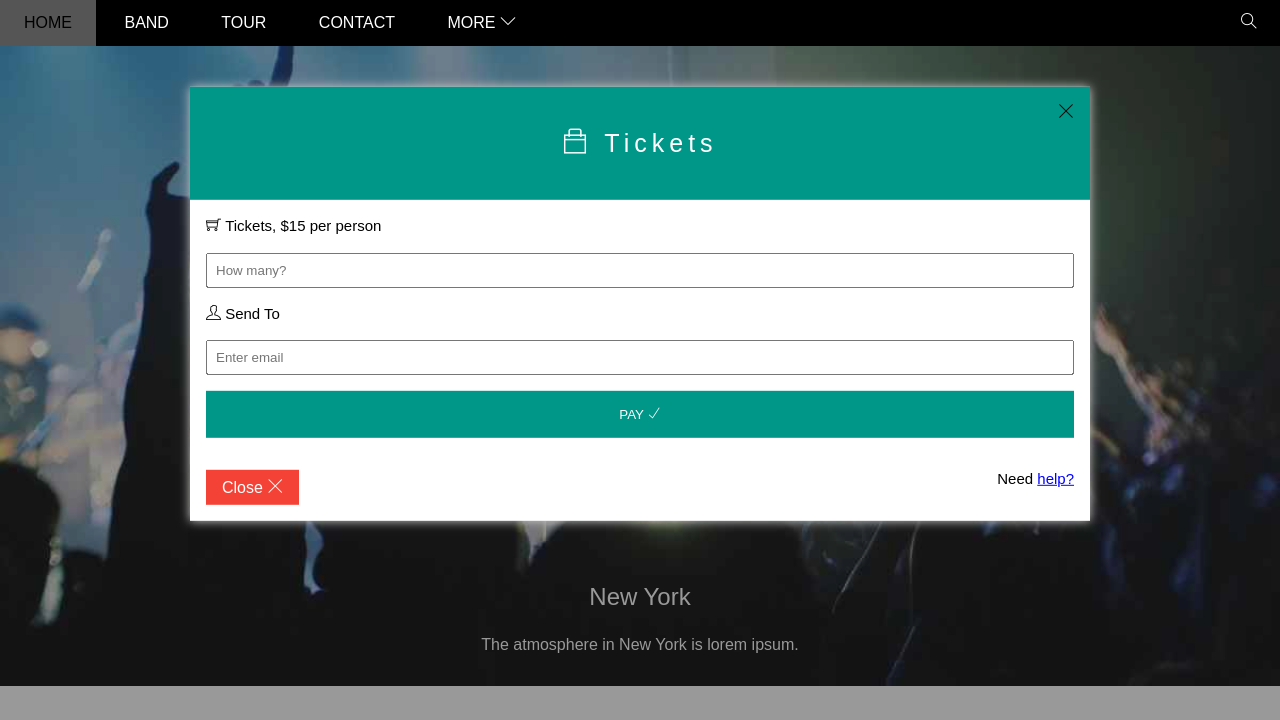
Repository: tung1233hhhhhhhhhhhhh/Website
Page: w3_band/index.html
An editor plug-in stored every save of this project. The page is shown before and after a run of saves, followed by the edit.
The browser window is 1280 px wide. The pictures show the window.
A layer covers the whole window, so only the first screen is drawn.

Above is the page before, as saved 2023-02-18 21:58:42.

### w3_band/index.html
<!DOCTYPE html>
<html lang="en">

<head>
    <meta charset="UTF-8">
    <meta http-equiv="X-UA-Compatible" content="IE=edge">
    <meta name="viewport" content="width=device-width, initial-scale=1.0">
    <title>Document</title>
    <link rel="stylesheet" href="./assets/css/style.css">
    <link rel="stylesheet" href="/w3_band/assets/fonts/themify-icons/themify-icons.css">
    <link rel="stylesheet" href="./modal.js">
</head>

<body>
    <div id="main">
        <div id="header">
            <div id="nav">
                <ul>
                    <li><a href="">Home</a></li>
                    <li><a href="">Band</a></li>
                    <li><a href="">Tour</a></li>
                    <li><a href="">Contact</a></li>
                    <li class="icon">
                        <a href="">
                            More
                            <i class="ti-angle-down"></i>
                        </a>
                        <div class="subnav">
                            <ul>
                                <li><a href="">Merchandise</a></li>
                                <li><a href="">Extras</a></li>
                                <li><a href="">Media</a></li>
                            </ul>
                        </div>
                    </li>
                </ul>
                <div class="icon-search">
                    <i class="ti-search"></i>
                </div>
            </div>
        </div>

        <div id="slider">
            <div class="silder-content">
                <h2 class="silder-heading">New York</h2>
                <p class="silder-discreption">The atmosphere in New York is lorem ipsum.</p>
            </div>
        </div>

        <div id="content">
            <!-- about content -->
            <div class="content-selection">
                <h2 class="text-heading">THE BAND</h2>
                <p class="text-sub-heading">We love music</p>
                <p class="text-content">
                    We have created a fictional band website. Lorem ipsum dolor sit amet, consectetur adipiscing elit,
                    sed do eiusmod tempor incididunt ut labore et dolore magna aliqua. Ut enim ad minim veniam, quis
                    nostrud exercitation ullamco laboris nisi ut aliquip ex ea commodo consequat. Duis aute irure dolor
                    in reprehenderit in voluptate velit esse cillum dolore eu fugiat nulla pariatur. Excepteur sint
                    occaecat cupidatat non proident, sunt in culpa qui officia deserunt mollit anim id est laborum
                    consectetur adipiscing elit, sed do eiusmod tempor incididunt ut labore et dolore magna aliqua. Ut
                    enim ad minim veniam, quis nostrud exercitation ullamco laboris nisi ut aliquip ex ea commodo
                    consequat.
                </p>
                <!-- img -->
                <div class="team-selection">
                    <div class="sub-selection">
                        <p class="text-selection">Team</p>
                        <img src="/w3_band/assets/img/name.jpg" alt="" class="img-selection">
                    </div>

                    <div class="sub-selection">
                        <p class="text-selection">Team</p>
                        <img src="/w3_band/assets/img/name.jpg" alt="" class="img-selection">
                    </div>

                    <div class="sub-selection">
                        <p class="text-selection">Team</p>
                        <img src="/w3_band/assets/img/name.jpg" alt="" class="img-selection">
                    </div>
                </div>
            </div>

            <!-- tour content -->

            <div class="content-tour">
                <div class="tour-body">
                    <div class="content-selection">
                        <h2 class="text-heading">TOUR DATES</h2>
                        <p class="text-sub-heading">Remember to book your tickets!</p>
                    </div>

                    <ul class="tour-text">
                        <li>
                            September
                            <span>Sold out</span>
                        </li>
                        <li>
                            October
                            <span>Sold out</span>
                        </li>
                        <li>
                            November
                            <span class="number">3</span>
                        </li>
                    </ul>

                    <div class="tour-list">
                        <div class="tourimg-selection">
                            <img src="/w3_band/assets/img/anh1.jpg" alt="">
                            <div class="container">
                                <p>
                                    <b>New York</b>
                                </p>
                                <p style="opacity: 0.6;">Fri 27 Nov 2016</p>
                                <p>Praesent tincidunt sed tellus ut rutrum sed vitae justo.</p>
                                <button> Buy Tickets</button>
                            </div>


                        </div>
                        <div class="tourimg-selection">
                            <img src="/w3_band/assets/img/anh2.jpg" alt="">
                            <div class="container">
                                <p>
                                    <b>Paris</b>
                                </p>
                                <p style="opacity: 0.6;">Sat 28 Nov 2016</p>
                                <p>Praesent tincidunt sed tellus ut rutrum sed vitae justo.</p>
                                <button> Buy Tickets</button>
                            </div>
                        </div>
                        <div class="tourimg-selection">
                            <img src="/w3_band/assets/img/anh3.jpg" alt="">
                            <div class="container">
                                <p>
                                    <b>San Francisco</b>
                                </p>
                                <p style="opacity: 0.6;">Sun 29 Nov 2016</p>
                                <p>Praesent tincidunt sed tellus ut rutrum sed vitae justo.</p>
                                <button> Buy Tickets</button>
                            </div>
                        </div>
                    </div>
                </div>
            </div>

            <!-- contact content -->

            <div class="contact-content">
                <div class="content-selection">
                    <h2 class="text-heading">CONTACT</h2>
                    <p class="text-sub-heading">Fan? Drop a note!</p>
                    <div class="contact">
                        <div class="contact-left">
                            <i class="ti-location-pin"></i>
                            Chicago, US
                            <br>
                            <i class="ti-mobile"></i>
                            Phone: +00 151515
                            <br>
                            <i class="ti-email"></i>
                            Email: mail@mail.com
                        </div>
                        <div class="contact-right">
                            <form action="">
                                <div class="account">
                                    <input type="text" placeholder="Name">
                                    <input type="text" placeholder="Email">
                                </div>
                                <input class="mes" type="text" placeholder="Message">
                                <button>SEND</button>
                            </form>
                        </div>
                    </div>
                </div>

            </div>

            <!-- image of location/map -->

            <div class="banner-image">
                <img src="/w3_band/assets/img/map.jpg" alt="">

            </div>


        </div>

        <div id="footer">
            <i class="ti-facebook"></i>
            <i class="ti-instagram"></i>
            <i class="ti-vimeo-alt"></i>
            <i class="ti-pinterest"></i>
            <i class="ti-twitter-alt"></i>
            <i class="ti-linkedin"></i>
            <p>Powered by <a href="">w3.css</a></p>
        </div>
    </div>
    <div class="modal">
        <div class="modal-container">
            <div class="modal-close">
                <i class="ti-close"></i>
            </div>
            <header>
                <i class="ti-bag"></i>
                Tickets

            </header>
            <div class="modal-body">
                <label for="" class="modal-lable">
                    <i class="ti-shopping-cart"></i>
                    Tickets, $15 per person
                </label>
                <input type="text" class="input-lable" placeholder="How many?">
                <label for="" class="modal-lable">
                    <i class="ti-user"></i>
                    Send To
                </label>
                <input type="text" class="input-lable" placeholder="Enter email">
                <button class="modal-button">PAY
                    <i class="ti-check"></i>
                </button>
                <button class="modal_button-close">Close
                    <i class="ti-close"></i>
                </button>
                <p class="modal-needhelp">Need <a href="">help?</a></p>
            </div>

        </div>
    </div>


</body>

</html>

### w3_band/assets/css/style.css
* {
    padding: 0;
    margin: 0;
    box-sizing: border-box;
}

html {
    font-family: Arial, Helvetica, sans-serif;
}

#main {}

#header {
    height: 46px;
    background-color: #000;
    position: fixed;
    top: 0;
    right: 0;
    left: 0;
    z-index: 1;
}

#nav li {
    display: inline-block;
    position: relative;
}

#nav li:hover .subnav {
    display: block;
}

#nav>ul>li:hover>a>i,
#nav .subnav li:hover,
#nav>ul>li:hover>a {
    color: #000;
    background-color: #555;
}

#nav .subnav {
    display: none;
    position: absolute;
    background-color: #FFF;
    box-shadow: 0 0 20px rgba(0, 0, 0, 0.4);
}

#nav .subnav a {
    color: #000;
    padding: 0 12px;
    line-height: 38px;
}

#nav .subnav ul li {
    display: block;
    min-width: 150px;
}

#nav>ul>li>a {
    color: #fff;
    text-transform: uppercase;
}

#nav ul {
    display: inline-block;
}

#nav li a {
    text-decoration: none;
    line-height: 46px;
    padding: 0 24px;
    display: block;
}

#nav i {
    color: #fff;
    width: 20px;
}

#header .icon-search {
    display: block;
    float: right;
    line-height: 46px;
    padding: 0 23px;
}

#header .icon-search:hover {
    cursor: pointer;
    background-color: #f44336;
}

#slider {
    margin-top: 46px;
    padding-top: 50%;
    background: url(/w3_band/assets/img/ny.jpg) top center / cover no-repeat;
    position: relative;
}

.silder-content {
    position: absolute;
    bottom: 0;
    color: #fff;
    padding-bottom: 32px;
    text-align: center;
    width: 100%;
}

.silder-heading {
    font-weight: 500;
}

.silder-discreption {
    margin-top: 25px;
}

#content {}

#content .content-selection {
    padding: 64px 0px;
    margin-left: auto;
    margin-right: auto;
    width: 800px;
}

#content .content-selection .text-heading {
    text-align: center;
    font-size: 30px;
    font-weight: 500;
    letter-spacing: 4px;
}

#content .content-selection .text-sub-heading {
    text-align: center;
    font-size: 15px;
    margin-top: 25px;
    opacity: 0.6;
    font-style: italic;
}

#content .content-selection .text-content {
    font-size: 15px;
    margin-top: 25px;
    text-align: justify;
    line-height: 1.4;
}

#content .content-selection .team-selection {
    padding-top: 47px;
    padding-bottom: 32px;
    justify-items: space-between;
}

#content .team-selection .sub-selection {
    display: inline-block;
    text-align: center;
}

#content .sub-selection p {
    margin: 15px 0;
}



#content .team-selection .img-selection {
    width: 60%;
    border-radius: 4px;
    margin-bottom: 16px;
}

/* tour content  */


#content .content-tour {
    height: 850px;
    background-color: #000;
    color: #fff;
}

#content .content-tour .tour-body {
    width: 800px;
    margin-left: auto;
    margin-right: auto;
}

#content .content-tour .tour-text {
    background-color: #FFF;
    display: block;
    color: #000;
}

#content .tour-text>li {
    height: 22, 5px;
    padding: 8px 16px;
    list-style: none;
}

#content .tour-text>li:first-child {
    border-bottom: 1px solid #999;
}

#content .tour-text>li:last-child {
    border-top: 1px solid #999;
}

#content .tour-text span {
    /* border-radius: 4px; */
    display: inline-block;
    background-color: red;
    padding: 4px;
    margin-left: 4px;
    color: #fff;
}

#content .tour-text .number {
    /* margin-left: 50px; */
    background-color: black;
    float: right;
    border-radius: 50%;
    margin-top: -3px;
}

#content .tour-list {
    padding: 32px 0;
    right: 0;
    left: 0;
    margin: 0 -8px;
    position: relative;
}

#content .tourimg-selection {
    width: 33.33333%;
    float: left;
    padding: 0 8px;
    justify-content: space-between;
}

#content .tourimg-selection .container {
    /* text-align: center; */
    background-color: #fff;
    color: #000;
    height: 204px;
    padding-left: 16px;
    font-size: 15px;
    line-height: 1.5;
    margin-top: -4px;
    margin-bottom: 15px;
}



#content .tourimg-selection .container>p {
    padding-top: 15px;
}

#content .tourimg-selection .container button {
    color: #fff;
    background-color: #000;
    margin-top: 15px;
    text-align: center;
    cursor: pointer;
    white-space: nowrap;
    border: none;
    display: inline-block;
    padding: 8px 16px;
    vertical-align: middle;
    overflow: hidden;
    text-decoration: none;
}

#content .container button:hover {
    background-color: #ccc;
    color: #000;
}

#content .tourimg-selection img {
    width: 100%;
    background-image: cover;
}

/* contact content */


#content .contact-content {
    padding: 45px 0;
}

#content .contact {
    padding-top: 47px;
    padding-bottom: 32px;
}

#content .contact .contact-left {
    width: 49%;
    display: inline-block;
    font-size: 18px;
}

#content .contact .contact-left i {
    display: inline-block;
    font-size: inherit;
    width: 30px;
    line-height: 1.5;
}

#content .contact .contact-right {
    width: 49%;
    /* display: inline-block; */
    float: right;
}


.contact .contact-right form {
    width: 400px;
    position: relative;
    display: inline-block
}

.contact .contact-right form .account {
    margin-bottom: 10px;
}

.contact .contact-right .account input {
    padding: 8px;
    margin-right: 16px;
}

.contact .contact-right form .mes {
    width: 95.7%;
    padding: 8px;
}

.contact .contact-right form button {
    /* position: absolute; */
    margin: 16px 0;
    padding: 8px 16px;
    margin-left: 309px;
    background-color: black;
    color: #fff;
}

.contact .contact-right form button:hover {
    cursor: pointer;
    background-color: #ccc;
    color: black;
    border: none;
}

/* image of location/map */

.banner-image img {
    width: 100%;
    filter: grayscale(50%);
}

#content {}


#footer {
    padding: 64px 16px;
    text-align: center;
    justify-content: center;
    opacity: 0.6;
}

#footer p {
    margin: 30px 0;
    display: block;
    font-size: 15px;
}

#footer i {
    font-size: 25px;

    display: inline-block;
    text-rendering: auto;
}


.modal {
    position: fixed;
    top: 0;
    left: 0;
    right: 0;
    bottom: 0;

    background-color: rgba(0, 0, 0, 0.4);
}

.modal .modal-container {
    width: 900px;
    /* height: 400px; */
    background-color: #FFF;
    margin: 0 auto;
    transform: translateY(20%);
    position: relative;
    box-shadow: 0 0 10px #ccc;
}

.modal .modal-container .modal-close {
    position: absolute;
    right: 0;
    padding: 16px;
}

.modal .modal-container .modal-close:hover {
    cursor: pointer;
    background-color: #ccc;
    color: black;
}

.modal header {
    width: 900px;
    padding: 42px 16px;
    background-color: #009688;
    font-size: 25px;
    color: #FFF;
    letter-spacing: 5px;
    text-align: center;
    align-items: center;
}

.modal .modal-body {
    width: 100%;
    padding: 0 16px;
}

.modal .modal-body .modal-lable {
    display: block;
    margin-top: 15px;
    margin-bottom: 15px;
    font-size: 15px;
    line-height: 1.5;
}

.modal .modal-body .input-lable {
    width: 100%;
    padding: 8px;
}

.modal .modal-body .modal-button {
    width: 100%;
    margin-top: 16px;
    margin-bottom: 16px;
    padding: 16px;
    background-color: #009688;
    color: #FFF;
    border: none;
}

.modal .modal-body .modal-button:hover {
    color: #000;
    background-color: #ccc;
    cursor: pointer;
}

.modal .modal_button-close {
    margin-top: 16px;
    margin-bottom: 16px;
    padding: 8px 16px;
    background-color: #f44336;
    border: none;
    color: #FFF;
    font-size: 16px;
}

.modal .modal_button-close:hover {
    color: #000;
    background-color: #ccc;
    cursor: pointer;
}

.modal .modal-needhelp {
    float: right;
    margin-top: 16px;
    margin-bottom: 16px;
    font-size: 15px;
}

.modal .modal-needhelp a {
    color: blue;
}

Loaded but not shown: w3_band/assets/fonts/themify-icons/themify-icons.css (common file); w3_band/modal.js (no stored copy; drawn as an empty file)

After the next 2 saves:
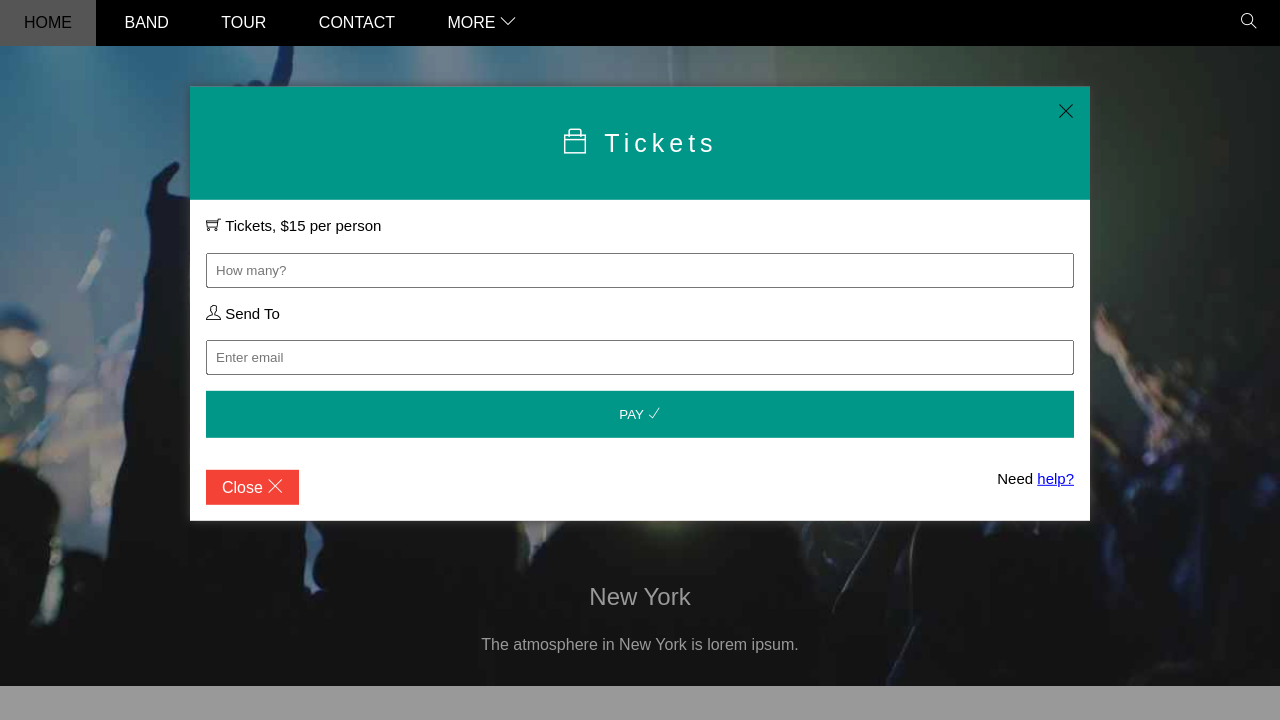
The 2 saves are shown as one change because they came seconds apart.
The last was saved 10 s later.
--- a/w3_band/assets/css/style.css
+++ b/w3_band/assets/css/style.css
@@ -391,7 +391,7 @@ html {
     margin: 0 auto;
     transform: translateY(20%);
     position: relative;
-    box-shadow: 0 0 10px #ccc;
+    box-shadow: 0 0 10px #413e3e;
 }
 
 .modal .modal-container .modal-close {
